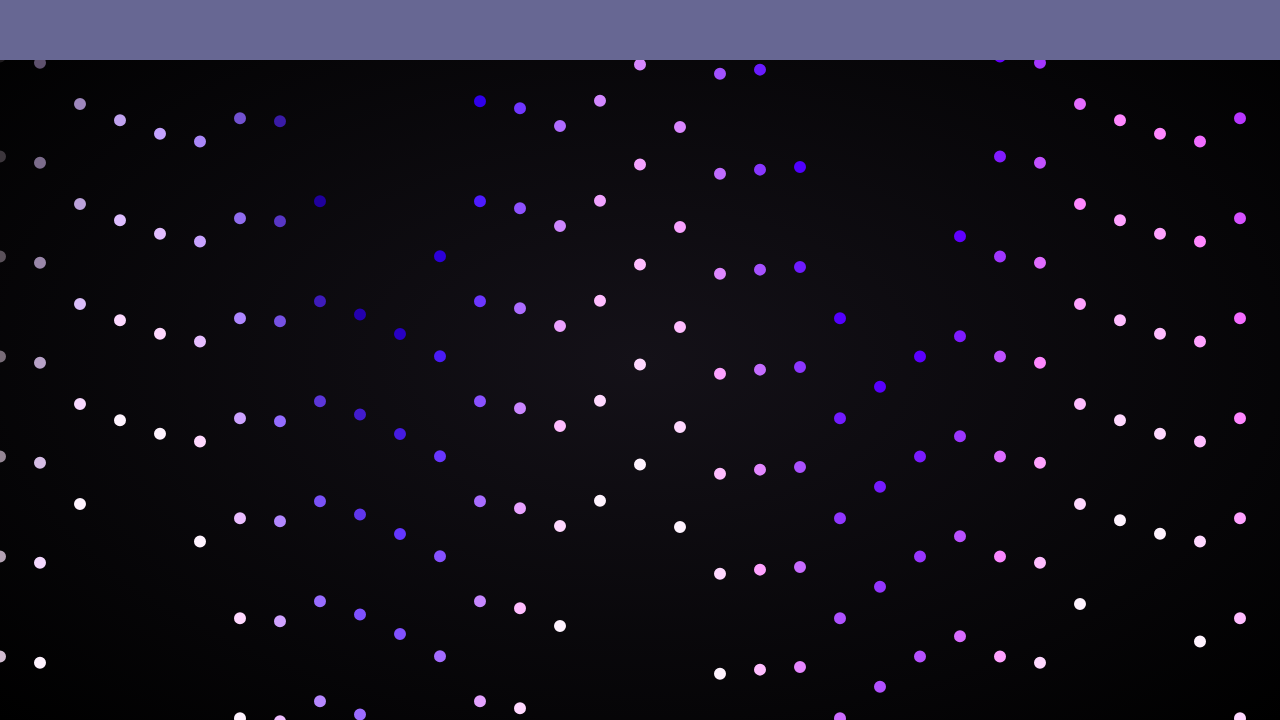
Repository: Iban-del/ProjetBacIban
Page: index.html
These files come from the project's save history. The page is drawn as it stood at one moment and after the next save; the edit follows.
The browser window is 1280 px wide. The pictures show the whole page.

Above is the page before, as saved 2025-02-19 19:52:26.

After the next save:
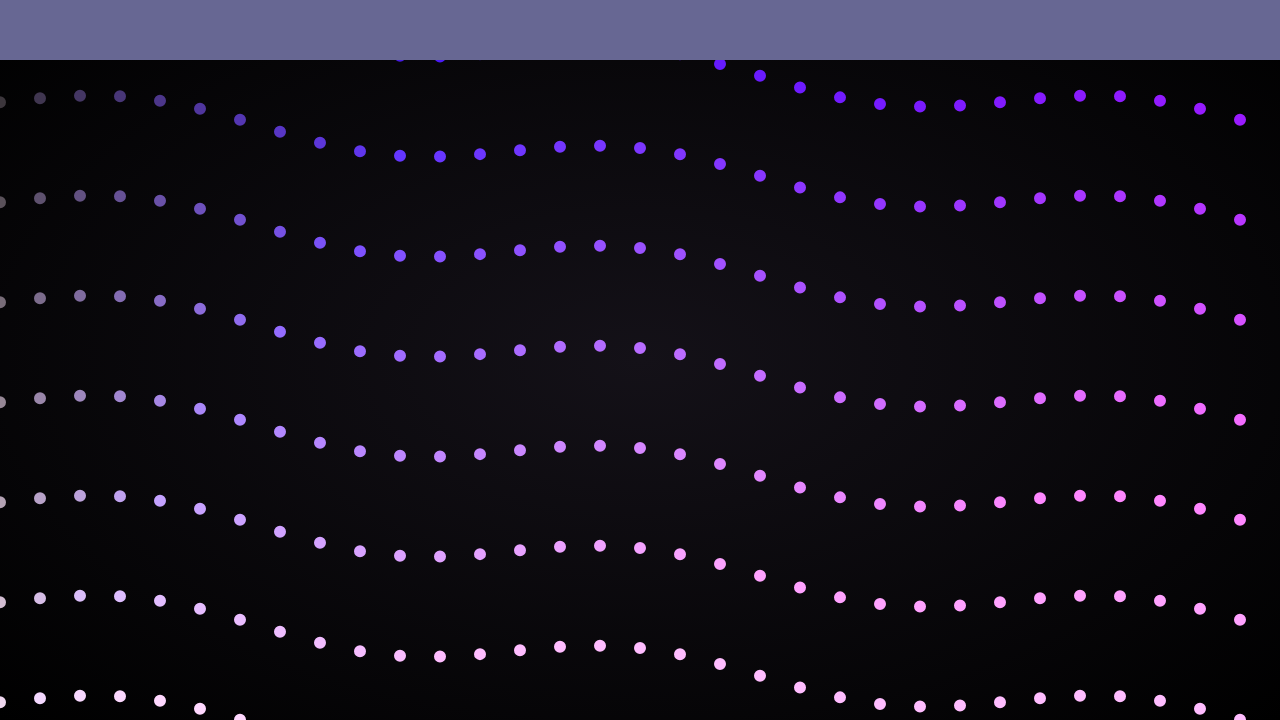
Saved 14 s later.
--- a/js/background.js
+++ b/js/background.js
@@ -85,7 +85,7 @@ function drawVague(ctx,canvas,A,steep){
         }
 
 
-        if(A >900){
+        if(A >200){
 
             steep =-1;
 
